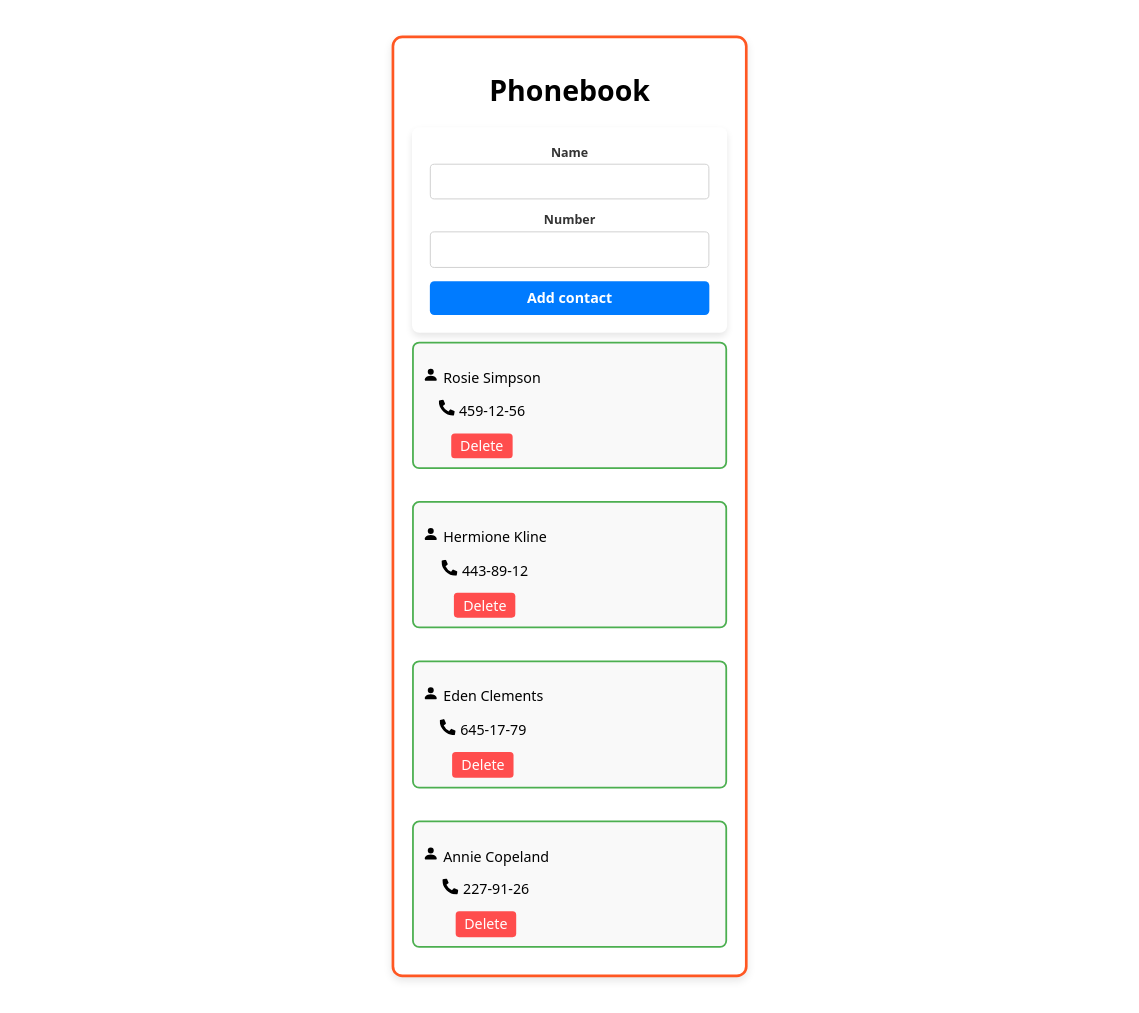
Repository: Evgeniya-Tishakova/goit-react-hw-03
Page: /
An editor plug-in stored every save of this project. The page is shown before and after the next save, followed by the edit.
The browser window is 1280 px wide. The pictures show the whole page, at 89% of full size.
The project was rebuilt for these pictures with package versions that can differ from the ones it lists, and the page was loaded fresh each time. Also part of the build but not shown: vite.config.js, src/index.css.

Above is the page before, as saved 2025-03-09 15:33:29.

### src/main.jsx
import { StrictMode } from "react";
import { createRoot } from "react-dom/client";
import "./index.css";
import App from "./components/App/App";
import "modern-normalize";

createRoot(document.getElementById("root")).render(
  <StrictMode>
    <App />
  </StrictMode>
);

### src/components/App/App.jsx
import { useState } from "react";
import { nanoid } from "nanoid";

import css from "./App.module.css";
import ContactForm from "../ContactForm/ContactForm";
import ContactList from "../ContactList/ContactList";

export default function App() {
  const [users, setUsers] = useState([
    { id: "id-1", name: "Rosie Simpson", number: "459-12-56" },
    { id: "id-2", name: "Hermione Kline", number: "443-89-12" },
    { id: "id-3", name: "Eden Clements", number: "645-17-79" },
    { id: "id-4", name: "Annie Copeland", number: "227-91-26" },
  ]);
  const [filterContacts, setFilterContacts] = useState("");

  const addUser = (newUser) => {
    setUsers((prevUsers) => {
      return [...prevUsers, newUser];
    });
  };

  const deleteUser = (userId) => {
    console.log(userId);
  };

  const searchUsers = users.filter((user) => user.name.toLowerCase());

  return (
    <>
      <div className={css.container}>
        <h1 className={css.title}>Phonebook</h1>
        <ContactForm onAdd={addUser} />
        <ContactList users={users} onDelete={deleteUser} />
      </div>
    </>
  );
}

### src/components/App/App.module.css
.container {
  max-width: 400px;
  margin: 40px auto;
  padding: 20px;
  border: 3px solid #ff5722;
  border-radius: 12px;
  background-color: #fff;
  box-shadow: 0px 4px 10px rgba(0, 0, 0, 0.1);
  text-align: center;
}

### src/components/ContactForm/ContactForm.jsx
import { Formik, Form, Field, ErrorMessage } from "formik";
import css from "./ContactForm.module.css";
import * as Yup from "yup";
import { nanoid } from "nanoid";

const UserSchema = Yup.object().shape({
  name: Yup.string()
    .min(3, "Too Short!")
    .max(50, "Too Long!")
    .required("Required"),
  number: Yup.number()
    .min(3, "Too short")
    .max(50, "Too long")
    .required("Required"),
});

export default function ContactForm({ onAdd }) {
  const initialValues = {
    name: "",
    number: "",
  };

  const handleSubmit = (values, actions) => {
    console.log("handleSubmit", values);

    onAdd(values, (id = nanoid));
    actions.resetForm();
  };

  // const handleSubmit =(event) => {
  // event.preventDefault();
  //   onAdd({
  //     name: event.target.elements.name.value;
  //     number: event.target.elements.number.value;
  //   })
  // }

  return (
    <Formik
      initialValues={initialValues}
      onSubmit={handleSubmit}
      validation={UserSchema}
    >
      {(props) => (
        <Form className={css.form} onSubmit={props.handleSubmit}>
          <div className={css.container}>
            <label className={css.label}>Name</label>
            <Field className={css.input} type="text" name="name" />
            <ErrorMessage className={css.error} name="name" component="span" />
          </div>
          <div className={css.container}>
            <label className={css.label}>Number</label>
            <Field className={css.input} type="text" name="number" />
            <ErrorMessage
              className={css.error}
              name="number"
              component="span"
            />
          </div>

          <button className={css.button} type="submit">
            Add contact
          </button>
        </Form>
      )}
    </Formik>
  );
}

### src/components/ContactList/ContactList.jsx
import css from "./ContactList.module.css";
import Contact from "../Contact/Contact";

export default function ContactList({ users, onDelete }) {
  return (
    <ul className={css.list}>
      {users.map((user) => (
        <li className={css.item}>
          <Contact
            key={user.id}
            name={user.name}
            number={user.number}
            onDelete={onDelete}
          />
        </li>
      ))}
    </ul>
  );
}

### src/components/ContactForm/ContactForm.module.css
.form {
    display: flex;
    flex-direction: column;
    align-items: center;
    gap: 15px;
    background-color: #fff;
    padding: 20px;
    border-radius: 8px;
    box-shadow: 0 4px 8px rgba(0, 0, 0, 0.1);
    max-width: 400px;
    margin: 0 auto;
}

.container {
    display: flex;
    flex-direction: column;
    width: 100%;
}


.label {
    font-size: 14px;
    font-weight: 600;
    color: #333;
    margin-bottom: 5px;
}

.input {
    width: 100%;
    padding: 10px;
    border: 1px solid #ccc;
    border-radius: 5px;
    font-size: 16px;
    transition: border 0.3s ease;
}

.input:focus {
    border-color: #007bff;
    outline: none;
}

.button {
    width: 100%;
    padding: 10px;
    background-color: #007bff;
    color: white;
    font-size: 16px;
    font-weight: bold;
    border: none;
    border-radius: 5px;
    cursor: pointer;
    transition: background 0.3s ease;
}

.button:hover {
    background-color: #0056b3;
}

.button:active {
    background-color: #004494;
}


.error {
    font-size: 14px;
    color: orangered;
}

### src/components/ContactList/ContactList.module.css
.list {
    margin: 0;
    padding: 0;
    display: flex;
    flex-direction: column;
    gap: 16px;
}

.item {
    border: 2px solid #4caf50;
    border-radius: 8px;
    padding: 10px;
    margin: 10px 0;
    display: flex;
    justify-content: space-between;
    align-items: center;
    background-color: #f9f9f9;
}

.item:hover {
    background-color: #e8f5e9;
}

### src/components/Contact/Contact.jsx
import css from "./Contact.module.css";
import { BsPersonFill } from "react-icons/bs";
import { FaPhoneAlt } from "react-icons/fa";

export default function Contact({ id, name, number, onDelete }) {
  return (
    <div className={css.contact}>
      <div className={css.contact}>
        <p className={css.text}>
          <BsPersonFill className={css.icon} />
          {name}
        </p>
        <p className={css.text}>
          <FaPhoneAlt className={css.icon} />
          {number}
        </p>
      </div>

      <button className={css.button} onClick={() => onDelete(id)}>
        Delete
      </button>
    </div>
  );
}

### src/components/Contact/Contact.module.css
.container {
    display: flex;
    flex-direction: column;
    gap: 6px;


}



.button {
    padding: 5px 10px;
    background-color: #ff4d4d;
    border: none;
    color: white;
    border-radius: 4px;
    cursor: pointer;
    transition: background 0.3s;
}


.button:hover {
    background-color: #cc0000;
}

.icon {
    margin-right: 5px;



    width: 18px;
    height: 18px;
}

Loaded but not shown: index.html (common file)

After the next save:
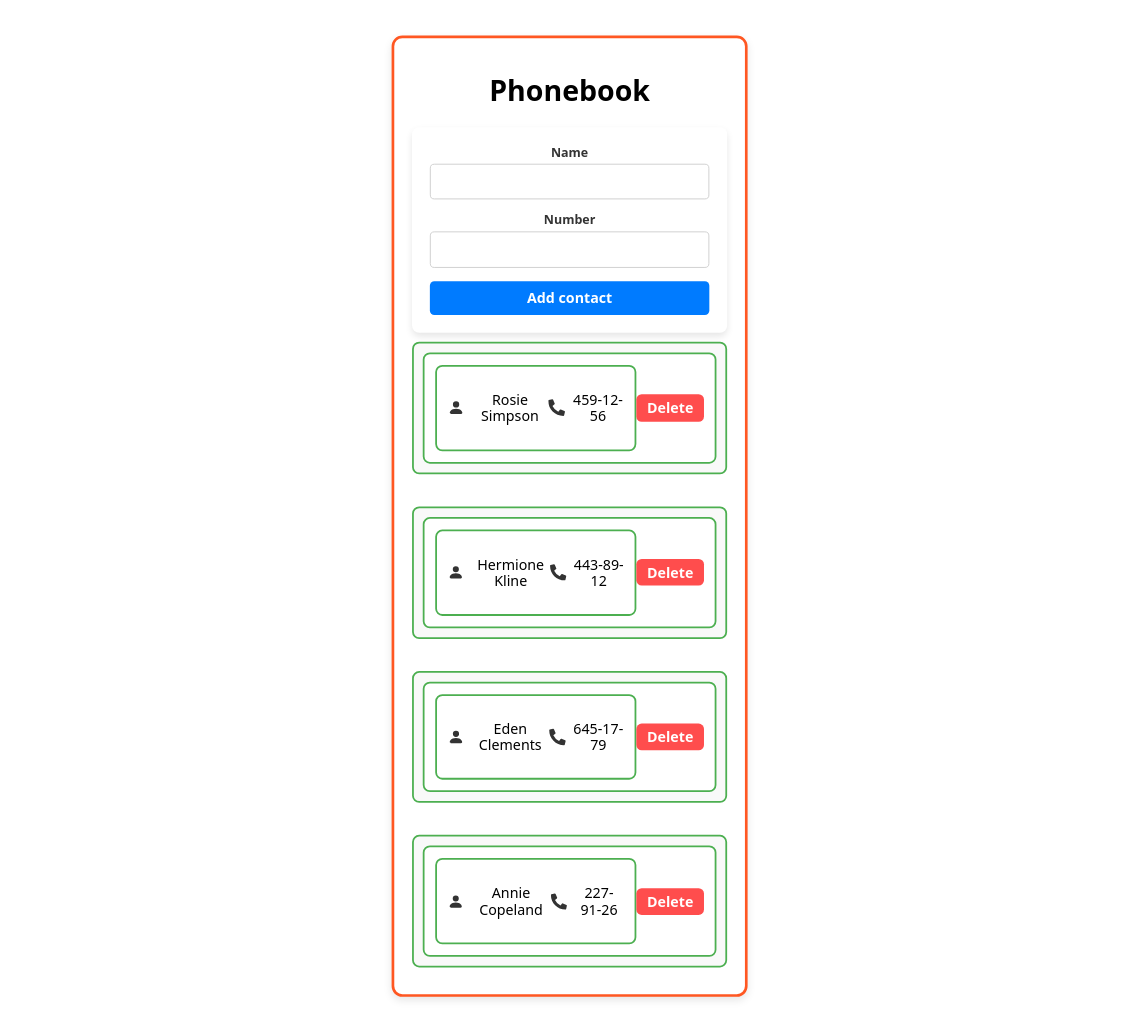
Saved 23 s later.
--- a/src/components/Contact/Contact.module.css
+++ b/src/components/Contact/Contact.module.css
@@ -1,33 +1,59 @@
+.contact {
+    display: flex;
+    justify-content: space-between;
+    align-items: center;
+    padding: 12px;
+    border: 2px solid #4caf50;
+    border-radius: 8px;
+    background-color: #fff;
+    transition: background-color 0.3s ease-in-out, transform 0.2s ease-in-out;
+}
+
+.contact:hover {
+    background-color: #e8f5e9;
+    transform: scale(1.02);
+}
+
+/* Контейнер для имени и номера */
 .container {
     display: flex;
     flex-direction: column;
     gap: 6px;
-
-
 }
 
+/* Контейнер для текста и иконки */
+.text {
+    font-size: 16px;
+    display: flex;
+    align-items: center;
+    /* Выровнять иконку по центру */
+    gap: 8px;
+}
 
+/* Иконки выравниваются по центру */
+.icon {
+    color: #333;
+    font-size: 18px;
+    display: flex;
+    align-items: center;
+    justify-content: center;
+    width: 24px;
+    height: 24px;
+}
 
+/* Кнопка Delete */
 .button {
-    padding: 5px 10px;
+    padding: 6px 12px;
     background-color: #ff4d4d;
     border: none;
     color: white;
-    border-radius: 4px;
+    font-weight: bold;
+    border-radius: 6px;
     cursor: pointer;
-    transition: background 0.3s;
+    transition: background 0.3s ease-in-out, transform 0.2s ease-in-out;
 }
-
 
 .button:hover {
     background-color: #cc0000;
+    transform: scale(1.05);
 }
-
-.icon {
-    margin-right: 5px;
-
-
-
-    width: 18px;
-    height: 18px;
-}
